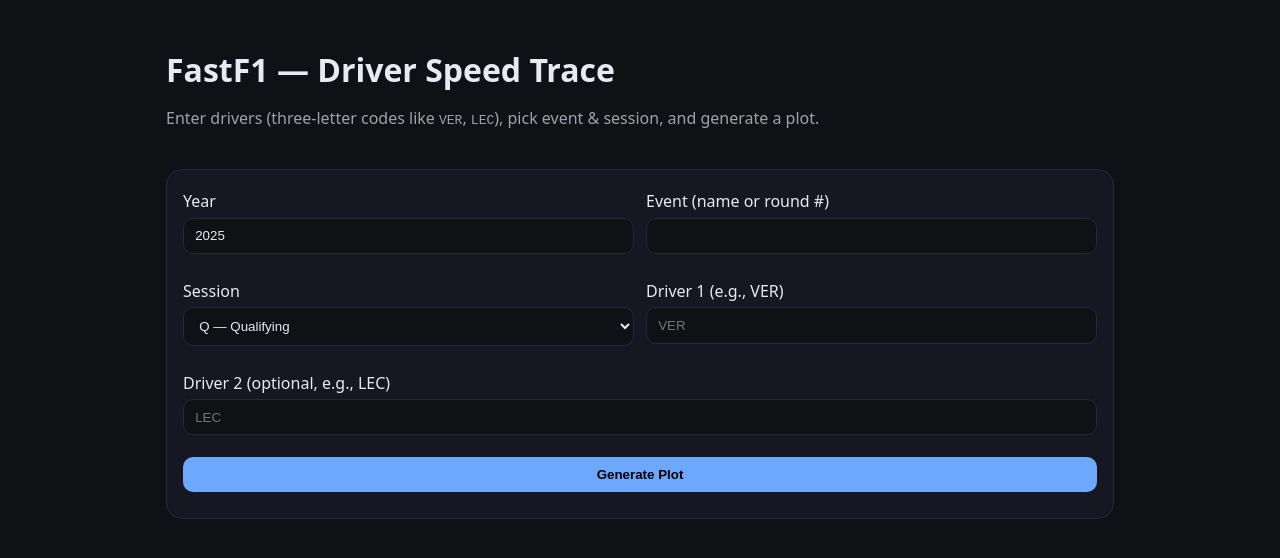
Repository: gqnsptaa/fastf1_web_preview
Page: http://localhost/
The author's editor kept a copy of each file at every save. The page is drawn from the files as they stood at one save, then again after a run of saves.
The browser window is 1280 px wide. The pictures show the whole page.
The page is served by the project's application, run on Flask 3 (app.py).

Above is the page before, as saved 2025-09-22 16:47:26.

After the next 2 saves:
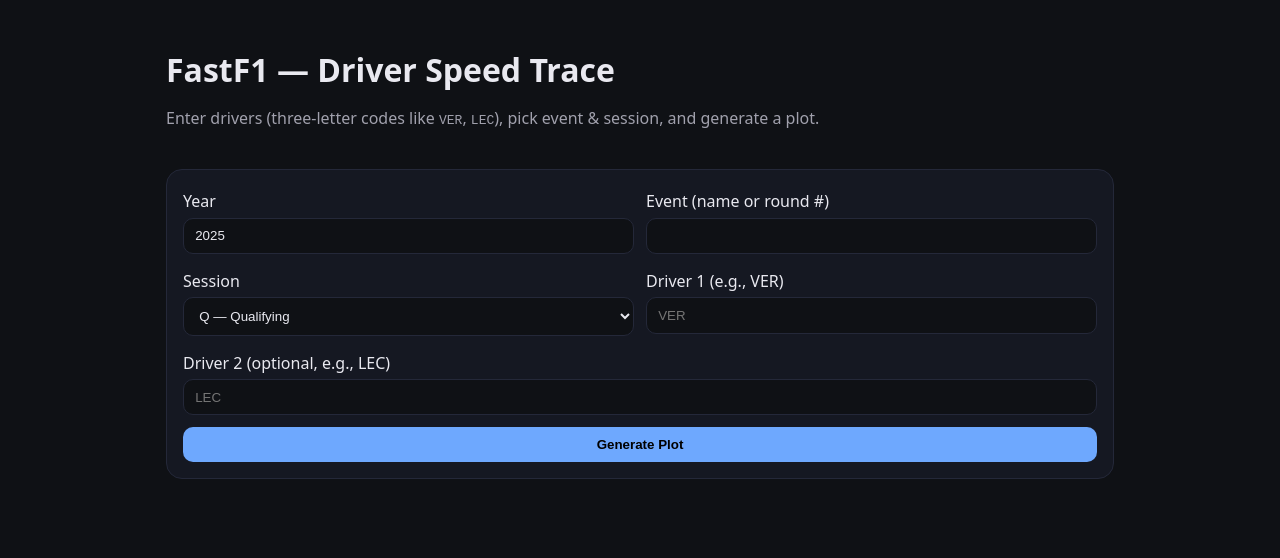
The 2 saves are shown as one change because they came seconds apart.
The last was saved 9 s later.
--- a/static/styles.css
+++ b/static/styles.css
@@ -47,7 +47,6 @@
 button {
   width: 100%;
   padding: 0.6rem 0.7rem;
-  margin-bottom: 10px;
   border: 1px solid var(--border);
   border-radius: 10px;
   background: #0f1115;
@@ -55,7 +54,13 @@
 }
 
 .menu-btn {
-
+  width: 100%;
+  padding: 0.6rem 0.7rem;
+  margin-bottom: 10px;
+  border: 1px solid var(--border);
+  border-radius: 10px;
+  background: #0f1115;
+  color: var(--text);
 }
 
 form {
